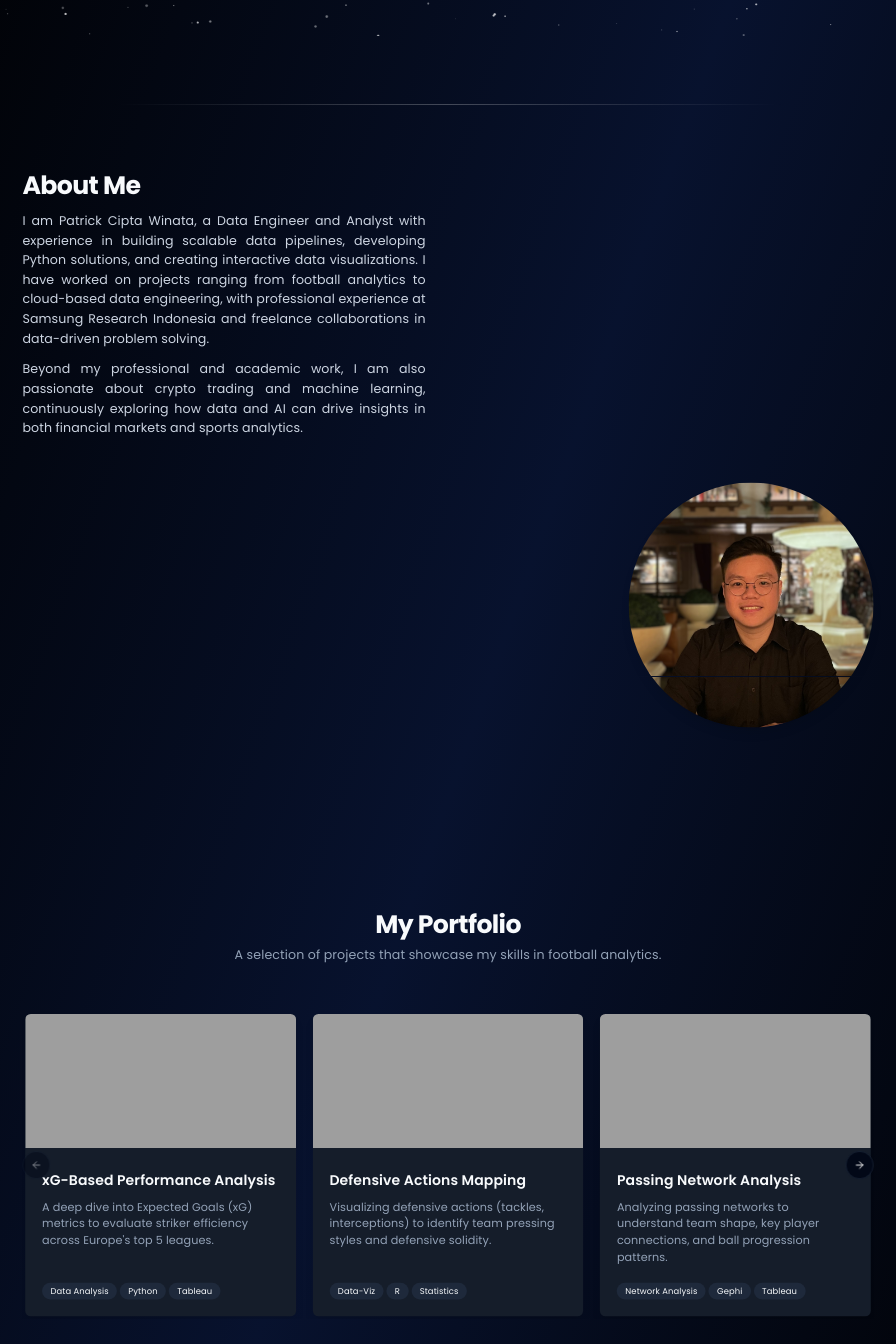
Repository: patrick-cw/my-portfolio
Page: /
The author's editor kept a copy of each file at every save. The page is drawn from the files as they stood at one save, then again after the next save.
The browser window is 1280 px wide. The pictures show the part of the page from y = 669 to 2589 px (the page is 3619 px tall before and 3545 px after), at 70% of full size.
Pictures or frames that could not be fetched are drawn as grey boxes. The project was rebuilt for these pictures with package versions that can differ from the ones it lists, and the page was loaded fresh each time. The framework's server and built-in components were replaced by stand-ins that run in the browser. Also part of the build but not shown: next.config.ts.

Above is the page before, as saved 2025-08-31 01:47:51.

After the next save:
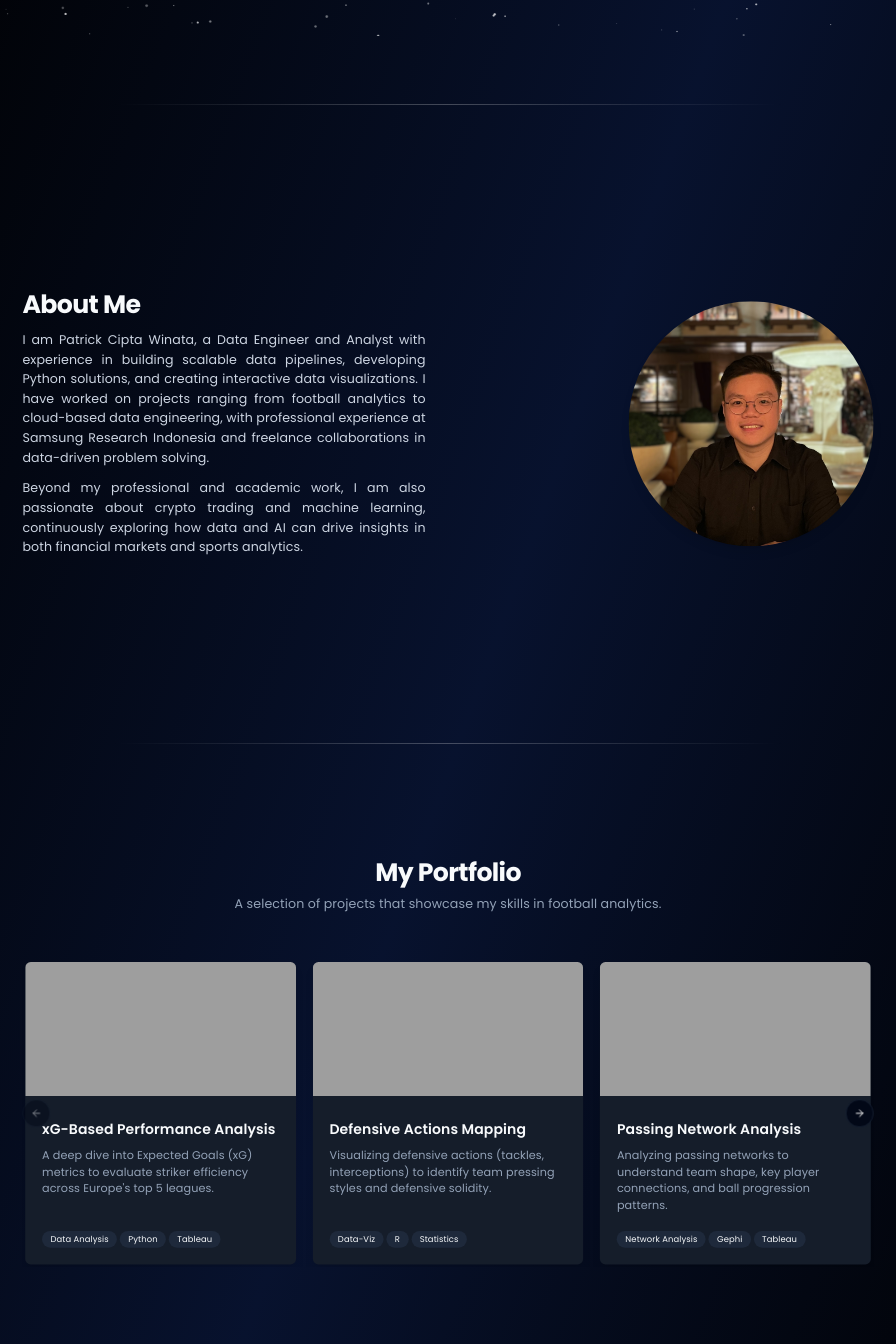
Saved 5 s later.
--- a/src/app/page.tsx
+++ b/src/app/page.tsx
@@ -21,7 +21,7 @@
     <section id="about" className="relative min-h-screen flex flex-col justify-center">
       <div className="container">
       <div className="grid grid-cols-1 items-center gap-y-16 lg:grid-cols-2 lg:gap-x-2">
-          <div className="lg:col-span-8">
+          <div className="lg:col-span-7">
             <div className="max-w-xl">
               <h2 className="text-3xl font-bold tracking-tight text-foreground sm:text-4xl font-headline">About Me</h2>
               <p style={{color: "hsl(215deg 26.4% 84.39%)"}} className="mt-4 text-lg text-muted-foreground text-justify">
@@ -32,7 +32,7 @@
               </p>
             </div>
           </div>
-          <div className="flex justify-center lg:col-span-3 lg:col-start-8">
+          <div className="flex justify-center lg:col-span-5 lg:col-start-8">
             <Image
               src="/images/face.JPG"
               alt="Patrick Cipta Winata"

After the save that followed:
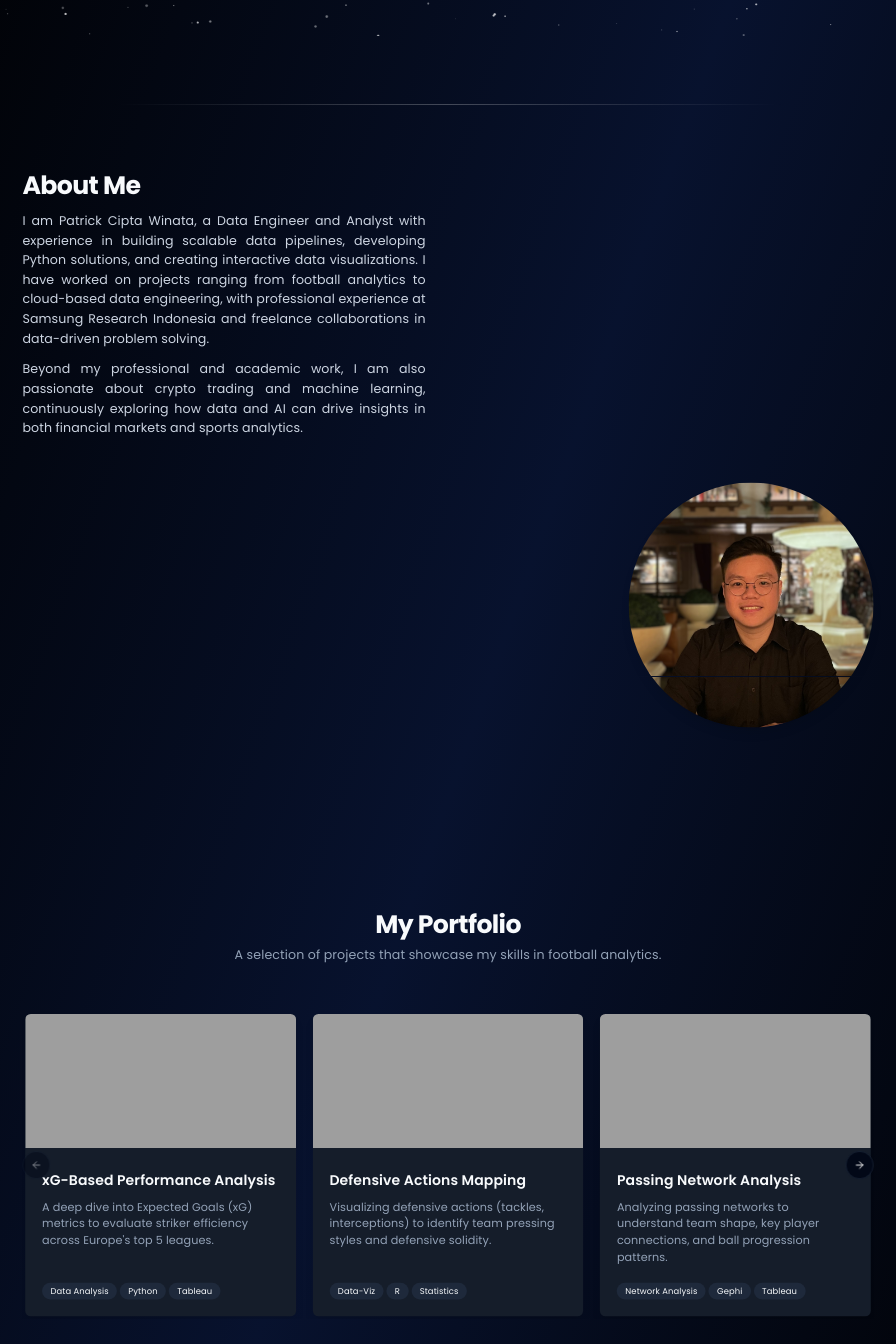
Saved 5 s later.
--- a/src/app/page.tsx
+++ b/src/app/page.tsx
@@ -32,7 +32,7 @@
               </p>
             </div>
           </div>
-          <div className="flex justify-center lg:col-span-5 lg:col-start-8">
+          <div className="flex justify-center lg:col-span-5 lg:col-start-6">
             <Image
               src="/images/face.JPG"
               alt="Patrick Cipta Winata"
